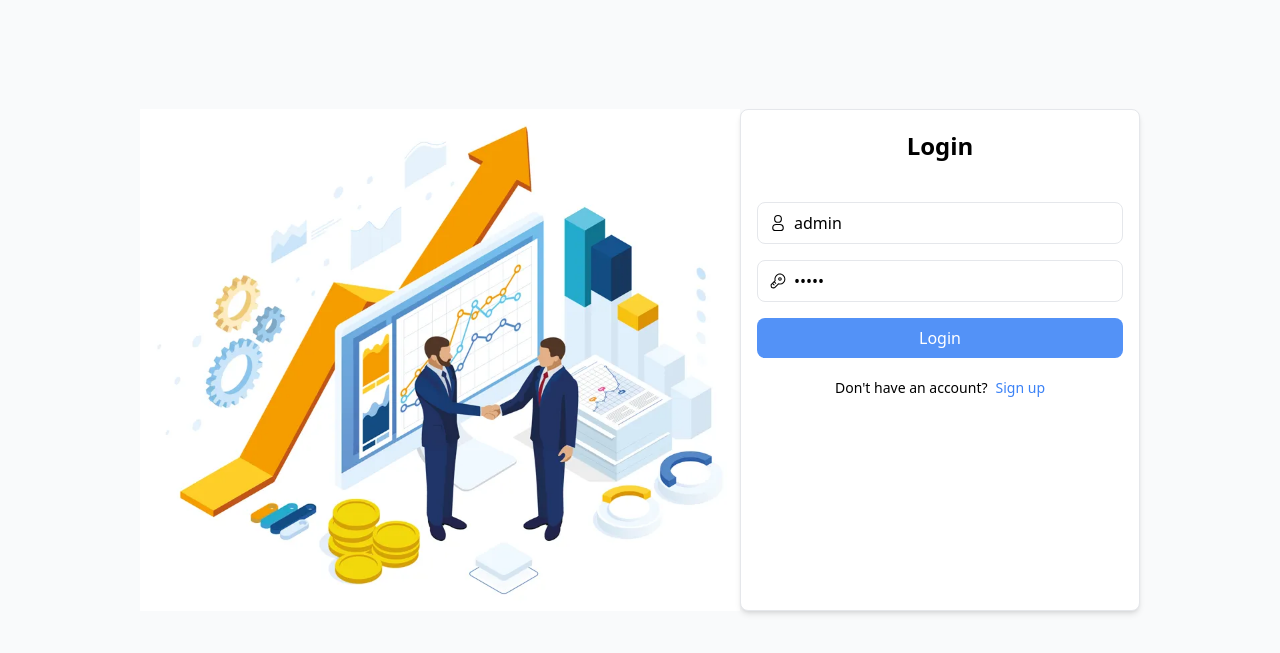
Repository: Fortivera/yourestate
Page: /
These files come from the project's save history. The page is drawn as it stood at one moment and after the next save; the edit follows.
The browser window is 1280 px wide. The pictures show the whole page.
The project was rebuilt for these pictures with package versions that can differ from the ones it lists, and the page was loaded fresh each time. The framework's server and built-in components were replaced by stand-ins that run in the browser. Also part of the build but not shown: next.config.js.

Above is the page before, as saved 2023-11-02 14:40:04.

### src/app/layout.tsx
import './globals.css'



export const metadata = {
  title: 'Home',
  description: "great explanation of something",
}

export default function RootLayout({ children }: { children: React.ReactNode }) {
  return (
    <html lang="en">
      <body>
        {children}
      </body>
    </html>
  );
}

### src/app/page.tsx
import Link from "next/link"
import Image from "next/image"
import SvgNewUser from "public/static/SvgNewUser"
import SvgPassword from "public/static/SvgPassword"

export default function Login() {
  return (
    <div className="min-h-screen bg-gray-50 flex items-center justify-center">
      <div className="flex justify-center items-center w-full px-4 py-10 tablet:w-[540px] ">
        <div className="flex laptop:flex-row tablet:flex-col mobile:flex-col">
          <figure className="w-[600px]  ">
            <Image src="/static/growth.jpg" alt="login page picture" layout="responsive" width={500} height={700} className={""} />
          </figure>
          <div className="w-[400px] px-4 pb-6 pt-5 bg-white border rounded-lg shadow-md">
            <h1 className="text-2xl font-semibold text-center mb-4">Login</h1>

            <div className="mt-10 mb-4 relative">
              <label className="text-sm" htmlFor="Name">
                <SvgNewUser width={18} height={18} className={"absolute left-3 top-3"} />
              </label>
              <input defaultValue="admin" id="Name" type="text" name="Name" placeholder="Username" autoComplete="given-name" required className="block w-full border rounded-lg py-2 pl-9 mt-1 focus:ring focus:ring-blue-300" />
            </div>

            <div className="mb-4 relative">
              <label className="text-sm" htmlFor="Password">
                <SvgPassword width={18} height={18} className={"absolute left-3 top-3"} />
              </label>
              <input defaultValue="admin" id="Password" type="password" name="Password" placeholder="Password" required className="block w-full border rounded-lg py-2 pl-9 mt-1 focus:ring focus:ring-blue-300" />
            </div>

            <button type="button" aria-label="Sign-in button" className="bg-[#5392f7] text-white rounded-lg w-full py-2 mb-4 hover:bg-[#3b83f6]">
              <Link href="/dashboard">Login</Link>
            </button>
            <div className="flex text-sm justify-center">
              <div className="p-1">Don't have an account?</div>
              <Link href="/user" className="text-blue-500 hover:underline p-1">
                Sign up
              </Link>
            </div>
          </div>
        </div>
      </div>
    </div>
  )
}

### src/app/globals.css

@import url('https://fonts.googleapis.com/css2?family=Lora:ital,wght@0,400;0,500;0,600;1,400;1,500;1,600&family=Montserrat:ital,wght@0,300;0,400;0,500;0,600;1,300;1,400;1,500;1,600&family=Poppins:ital,wght@0,300;0,400;0,500;0,600;0,700;0,800;0,900;1,300;1,400;1,500;1,600;1,700;1,800;1,900&family=Noto+Sans:ital,wght@0,300;0,400;0,500;0,600;0,700;0,800;0,900;1,300;1,400;1,500;1,600;1,700;1,800;1,900&display=swap');

@tailwind base;
@tailwind components;
@tailwind utilities;

.navbarDark{
  background-color:rgb(45 48 56 );
  color: #ddd;
}
.navbarLight {
  background-color: rgb(59 130 246 / 0.5);
  color: black;
}
.propertyListLight {
  background-color: rgb(249 250 251);
  color: black;
  border-color: rgb(229 231 235);
  }
.propertyListDark {
  background-color:rgb(45 48 56 / 0.95);
  color: #ddd;

}
.searchbarLight {
  background-color: rgb(248 250 252);
  color: black;

}
.searchbarDark {
  background-color:rgb(100 116 139 / 0.6);
  color: #ddd;
}
.propertyLight {
  background-color: rgb(249 250 251);
  color: black;

}
.propertyDark {
  background-color:rgb(45 48 56 / 0.95);
  color: #ddd;
}

### public/static/SvgNewUser.tsx
import * as React from "react"
import { SVGProps } from "react"
const SvgNewUser = (props: SVGProps<SVGSVGElement>) => (
  <svg
    xmlns="http://www.w3.org/2000/svg"
    width={800}
    height={800}
    fill="none"
    viewBox="0 0 24 24"
    {...props}
  >
    <g fill="#000" fillRule="evenodd" clipRule="evenodd">
      <path d="M12 2.75a3.75 3.75 0 1 0 0 7.5 3.75 3.75 0 0 0 0-7.5ZM6.75 6.5a5.25 5.25 0 1 1 10.5 0 5.25 5.25 0 0 1-10.5 0ZM4.25 18.571a5.321 5.321 0 0 1 5.321-5.321h4.858a5.321 5.321 0 0 1 5.321 5.321 4.179 4.179 0 0 1-4.179 4.179H8.43a4.179 4.179 0 0 1-4.179-4.179Zm5.321-3.821a3.821 3.821 0 0 0-3.821 3.821c0 1.48 1.2 2.679 2.679 2.679h7.142c1.48 0 2.679-1.2 2.679-2.679 0-2.11-1.71-3.821-3.821-3.821H9.57Z" />
    </g>
  </svg>
)
export default SvgNewUser

### public/static/SvgPassword.tsx
import * as React from "react"
import { SVGProps } from "react"
const SvgPassword = (props: SVGProps<SVGSVGElement>) => (
    <svg
        xmlns="http://www.w3.org/2000/svg"
        width={800}
        height={800}
        fill="none"
        viewBox="0 0 24 24"
        {...props}
    >
        <g fill="#000" fillRule="evenodd" clipRule="evenodd">
            <path d="M4.51 14.999a.689.689 0 0 1 .975 0l1.75 1.749a.689.689 0 0 1-.975.974l-1.75-1.75a.689.689 0 0 1 0-.973ZM6.698 12.812a.689.689 0 0 1 .974 0l1.749 1.75a.689.689 0 0 1-.974.974l-1.75-1.75a.689.689 0 0 1 0-.974Z" />
            <path d="M18.752 5.232c-2.32-2.313-6.075-2.312-8.386 0h-.001c-1.612 1.604-2.1 3.915-1.472 5.958.075.243.009.509-.172.69L3.74 16.86a.975.975 0 0 0-.184.341.912.912 0 0 0-.055.38l.001.006.262 1.901a.912.912 0 0 0 .262.474.857.857 0 0 0 .462.256l1.913.263c.08.012.223.003.385-.05a.838.838 0 0 0 .324-.177l.008-.007 4.995-4.986a.688.688 0 0 1 .692-.17c2.028.634 4.34.14 5.956-1.466a5.94 5.94 0 0 0-.009-8.393Zm-9.36-.975c2.85-2.85 7.475-2.848 10.332 0 2.86 2.849 2.86 7.493.01 10.342l-.001.002A7.316 7.316 0 0 1 12.8 16.52l-4.707 4.698a2.19 2.19 0 0 1-.883.523c-.309.1-.668.152-1.006.104h-.003L4.3 21.582c-.491-.069-.928-.326-1.25-.65a2.279 2.279 0 0 1-.649-1.24l-.001-.01-.262-1.902v-.003a2.26 2.26 0 0 1 .111-1.012c.102-.305.27-.625.505-.868l.007-.007 4.703-4.702c-.591-2.404.043-5.056 1.928-6.932Z" />
            <path d="M14.62 8.302a1.06 1.06 0 1 0 0 2.121 1.06 1.06 0 0 0 0-2.121Zm-2.438 1.06a2.438 2.438 0 1 1 4.876 0 2.438 2.438 0 0 1-4.877 0Z" />
        </g>
    </svg>
)
export default SvgPassword

### tailwind.config.js
/* eslint-disable prettier/prettier */
/** @type {import('tailwindcss').Config} */
module.exports = {
  content: [
    "./app/**/*.{js,ts,jsx,tsx}",
    "./pages/**/*.{js,ts,jsx,tsx}",
    "./components/**/*.{js,ts,jsx,tsx}",

    // Or if using `src` directory:
    "./src/**/*.{js,ts,jsx,tsx}",
  ],
  theme: {
    extend: {
      fontFamily: {
        Poppins: ["Poppins", "sans-serif"],
        Montserrat: ["Montserrat", "sans-serif"],
        Lora: ["Lora", "sans-serif"],
        Noto: ["Noto Sans", "sans-serif"],
      },
      screens: {
        'mobile': "320px",
        'tablet': "481px",
        'laptop': "769px",
       ' desktop': "1025px",
      },


    },
    plugins: [],
  },
}

After the next save:
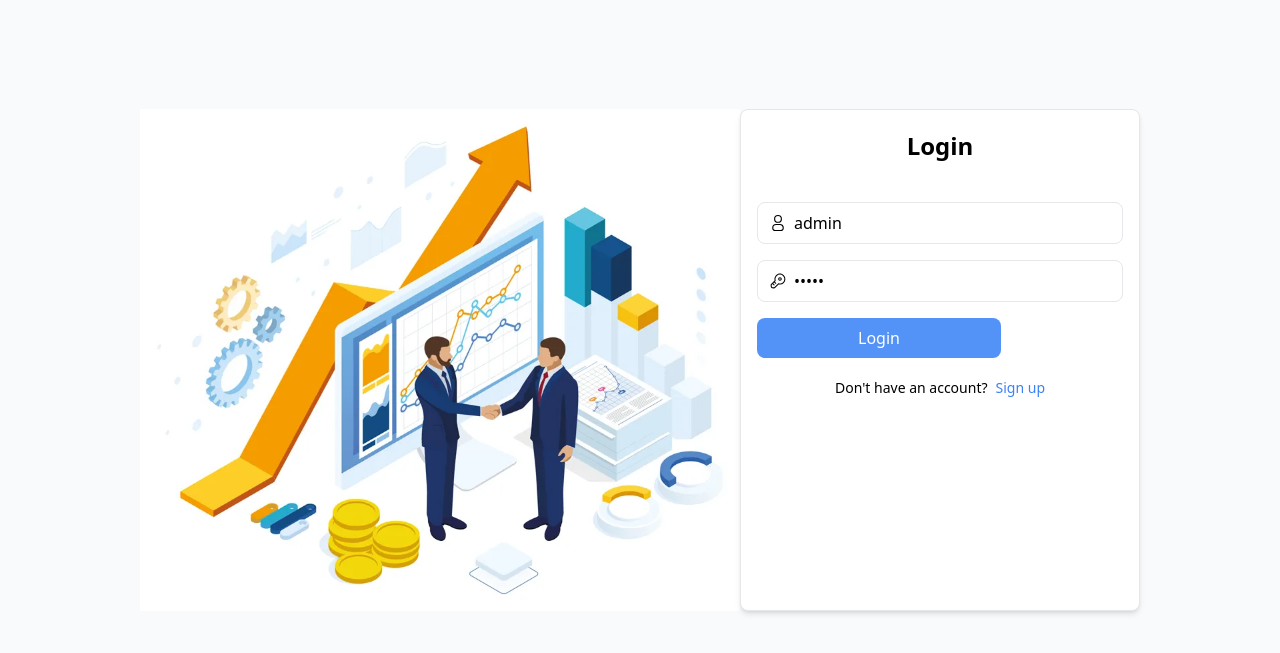
Saved 35 s later.
--- a/src/app/page.tsx
+++ b/src/app/page.tsx
@@ -28,7 +28,7 @@ export default function Login() {
               <input defaultValue="admin" id="Password" type="password" name="Password" placeholder="Password" required className="block w-full border rounded-lg py-2 pl-9 mt-1 focus:ring focus:ring-blue-300" />
             </div>
 
-            <button type="button" aria-label="Sign-in button" className="bg-[#5392f7] text-white rounded-lg w-full py-2 mb-4 hover:bg-[#3b83f6]">
+            <button type="button" aria-label="Sign-in button" className="bg-[#5392f7] text-white rounded-lg w-2/3 py-2 mb-4 hover:bg-[#3b83f6]">
               <Link href="/dashboard">Login</Link>
             </button>
             <div className="flex text-sm justify-center">
